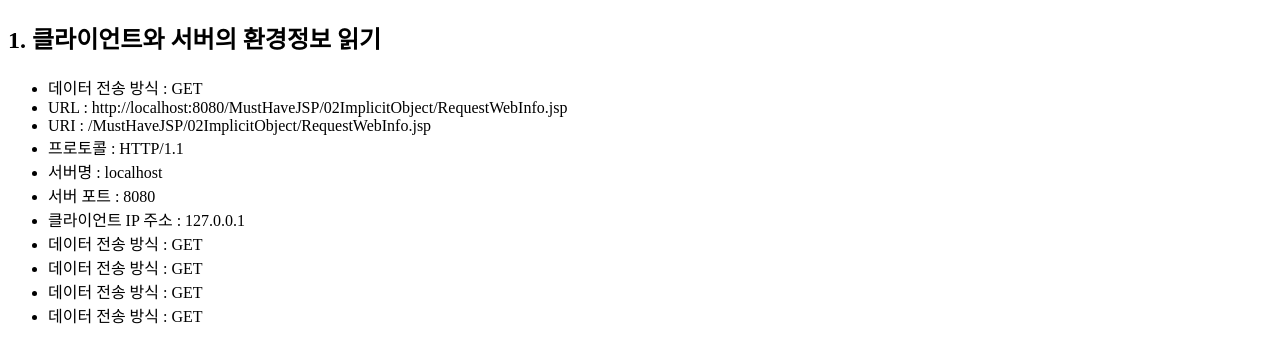
Repository: iamstudybox00/JSP_Servlet
Page: http://localhost/MustHaveJSP/02ImplicitObject/RequestWebInfo.jsp
The author's editor kept a copy of each file at every save. The page is drawn from the files as they stood at one save, then again after the next save.
The browser window is 1280 px wide. The pictures show the whole page.
The page is served by Tomcat 10.

Above is the page before, as saved 2025-05-02 06:00:49.

After the next save:
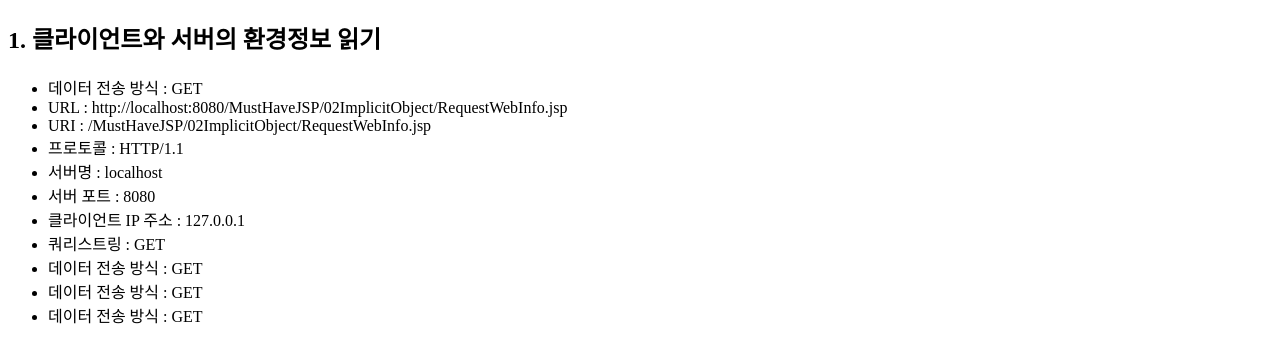
Saved 6 s later.
--- a/MustHaveJSP/src/main/webapp/02ImplicitObject/RequestWebInfo.jsp
+++ b/MustHaveJSP/src/main/webapp/02ImplicitObject/RequestWebInfo.jsp
@@ -15,7 +15,7 @@
 			<li>서버명 : <%= request.getServerName() %></li>
 			<li>서버 포트 : <%= request.getServerPort() %></li>
 			<li>클라이언트 IP 주소 : <%= request.getRemoteAddr() %></li>
-			<li>데이터 전송 방식 : <%= request.getMethod() %></li>
+			<li>쿼리스트링 : <%= request.getMethod() %></li>
 			<li>데이터 전송 방식 : <%= request.getMethod() %></li>
 			<li>데이터 전송 방식 : <%= request.getMethod() %></li>
 			<li>데이터 전송 방식 : <%= request.getMethod() %></li>
